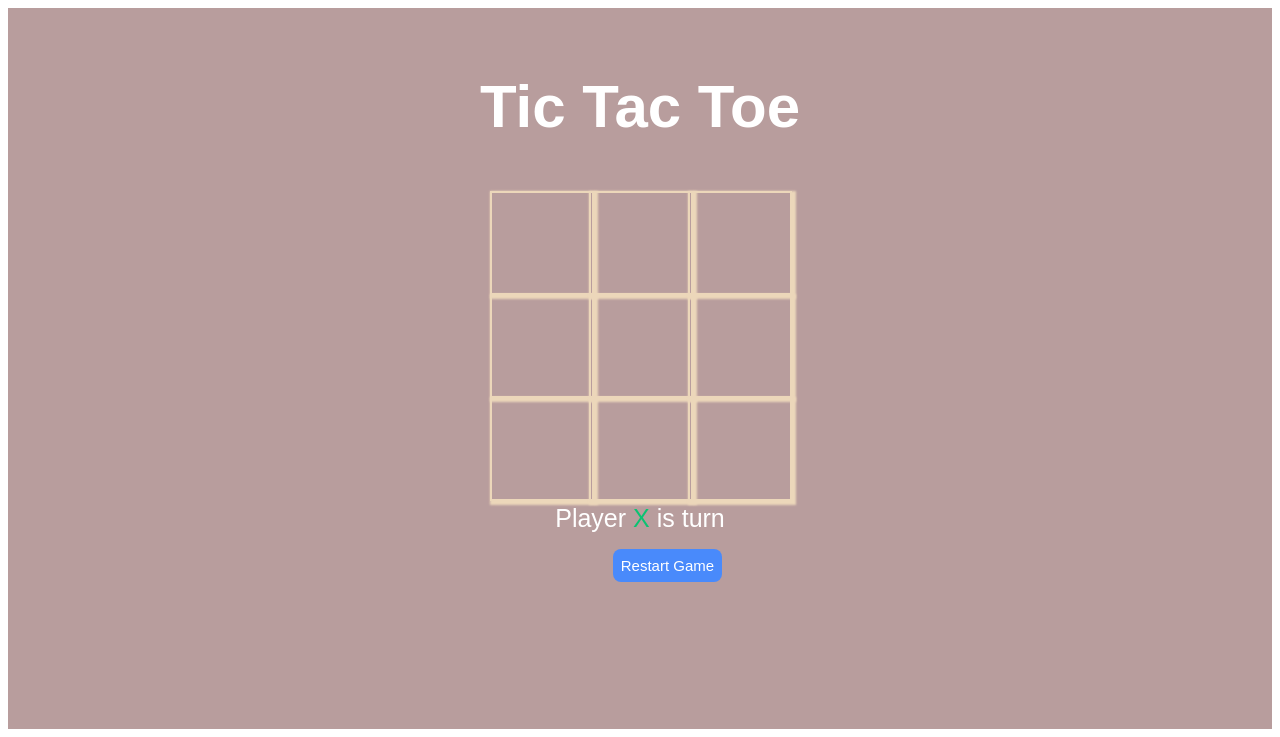
Repository: sedashahnazaryan/tic-tac-too
Page: index.html
An editor plug-in stored every save of this project. The page is shown before and after the next save, followed by the edit.
The browser window is 1280 px wide. The pictures show the whole page.

Above is the page before, as saved 2022-02-01 21:40:46.

After the next save:
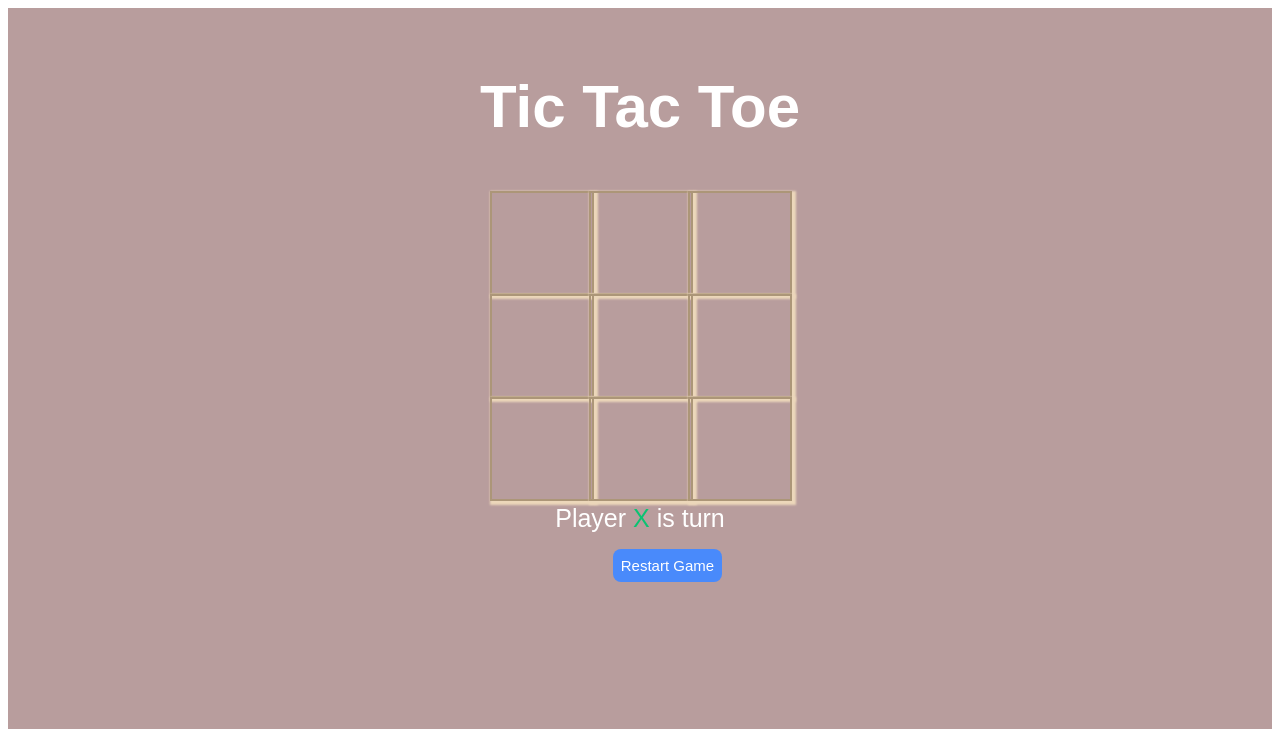
Saved 30 s later.
--- a/index.css
+++ b/index.css
@@ -49,7 +49,7 @@
     width: 100px;
     height: 100px;
     box-shadow: 2px 2px 2px 2px  #ecd7ba;
-    border: 2px solid #ecd7ba;
+    border: 2px solid #ac9678;
     cursor: pointer;
     line-height: 100px;
     font-size: 60px;
